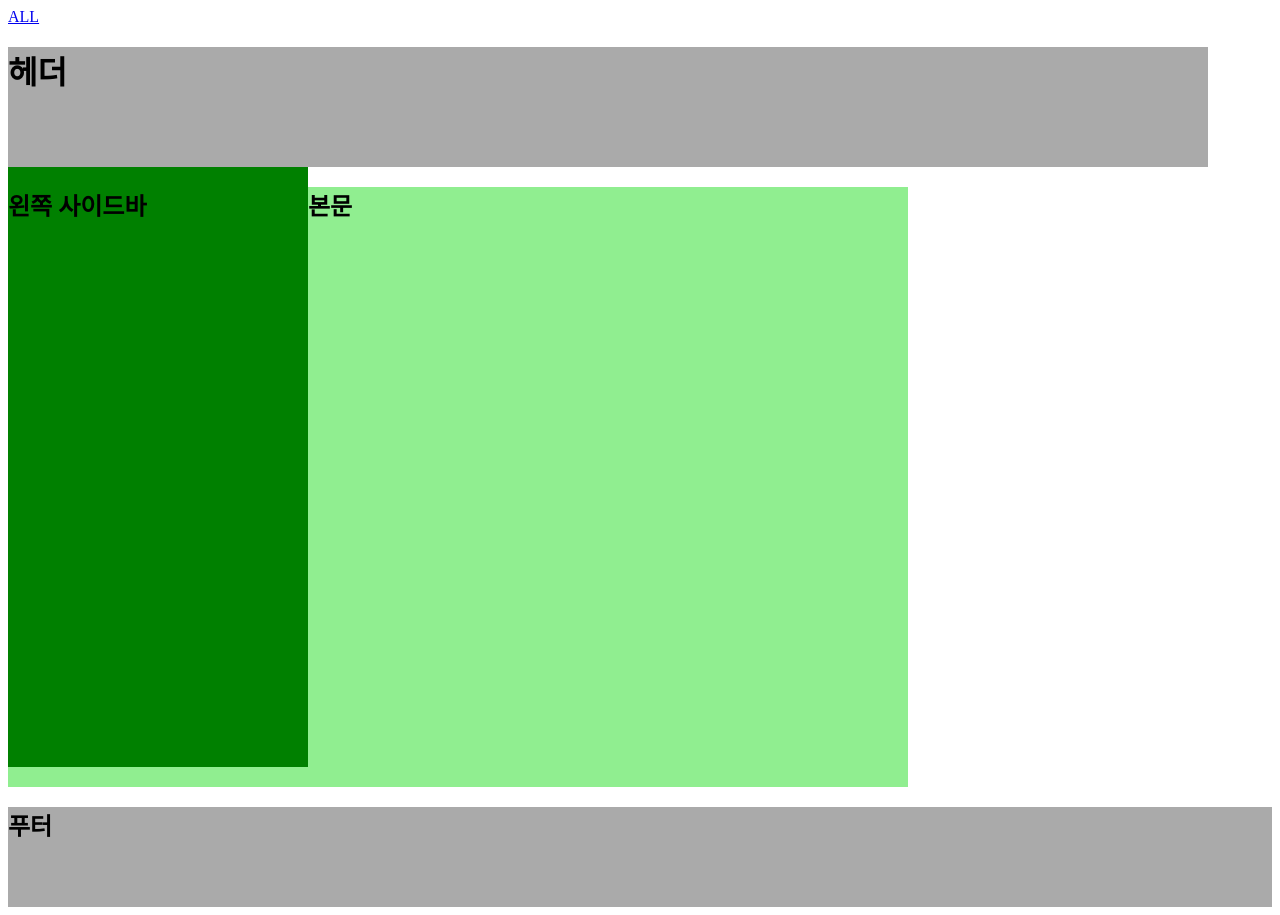
Repository: itkezi/HTML_2022_505
Page: Web/WebContent/style/layout1.html
The author's editor kept a copy of each file at every save. The page is drawn from the files as they stood at one save, then again after the next save.
The browser window is 1280 px wide. The pictures show the whole page.

Above is the page before, as saved 2022-03-29 04:09:09.

After the next save:
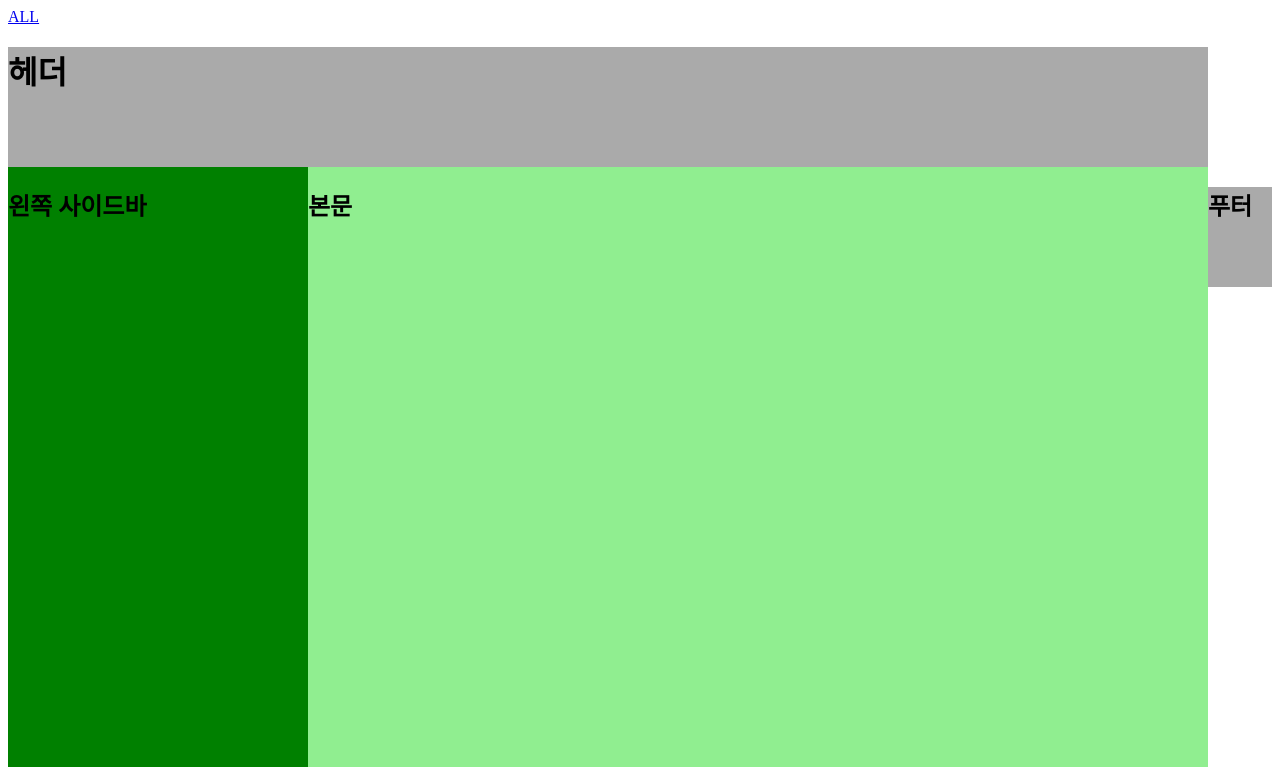
Saved 28 s later.
--- a/Web/WebContent/style/layout1.html
+++ b/Web/WebContent/style/layout1.html
@@ -12,12 +12,13 @@
 	background-color: #aaa;
 	}
 #side {
+	float:left;
 	width:300px;
 	height: 600px;
 	background-color: green;
-	float:left;
 	}
 #content {
+	float:left;
 	width:900px;
 	height:600px;
 	background-color: lightgreen;
